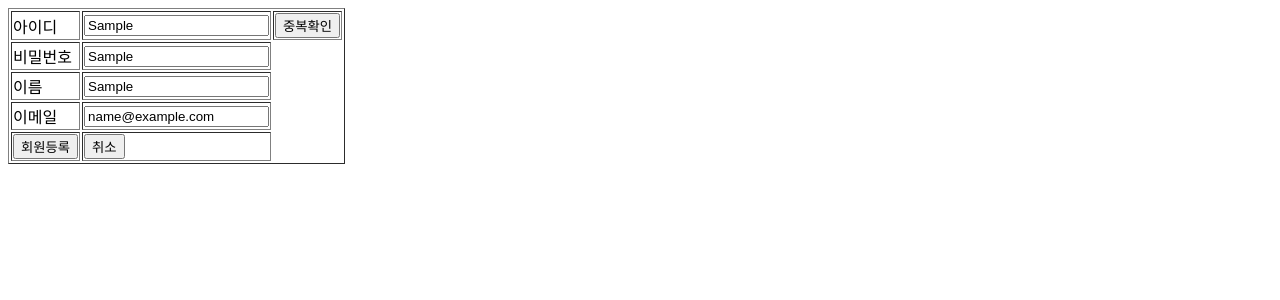
Repository: JungYOsup/Mini_project
Page: http://localhost/EsCape_Room/sign_up_form.jsp
The author's editor kept a copy of each file at every save. The page is drawn from the files as they stood at one save, then again after the next save.
The browser window is 1280 px wide. The pictures show the whole page.
Empty fields were first filled with sample values (such as "Sample", 5 or name@example.com).
After loading, the first visible `input[onclick="check(idchk.value)"]` was clicked once.
The page is served by Tomcat 9. Other server files are loaded and not shown. Queries for data that is not in the repository find no rows.

Above is the page before, as saved 2018-01-16 05:27:16.

### EsCape_Room/WebContent/sign_up_form.jsp
<!--- 페이지 디렉티브<%--  <%@page %> --%> : JSP페이지에 대한 설정 정보를 지정 -->
<!--인코딩은 UTF-8이고 , html이다.  -->
<!--이렇게 3가지를 구성해줘야지 한글이 안깨짐  -->
<%@ page language="java" contentType="text/html; charset=UTF-8" %>
<%request.setCharacterEncoding("utf-8"); %>
<%response.setContentType("text/html; charset=UTF-8"); %>

<!-- <!DOCTYPE html PUBLIC "-//W3C//DTD HTML 4.01 Transitional//EN" "http://www.w3.org/TR/html4/loose.dtd"> HTML4버전     -->
<!DOCTYPE html> <!--HTML5로 버전을 지정해줌 -->



<html>
<head>

<script type="text/javascript"
	src="http://code.jquery.com/jquery-latest.js"></script>

<script type="text/javascript">

	function check(id) {

		$.ajax({
			url: "AjaxController.do",
			data:"id="+id,
			type: "post",
			datatype:"json",
			success: function name(obj) {

				var dto = obj["dto"];

				if(dto==null){//데이터베이스에 아이디가 없을 경우


					$("span[id=sp]").text("");

				}else{

					$("span[id=sp]").text("이미존재하는 아이디입니다.");


				}


			}

		});


	}



</script>
<meta http-equiv="Content-Type" content="text/html; charset=UTF-8">
<title>Insert title here</title>
</head>
<body>
<form action="Controller.do" method="post">
<input type="hidden" name="command" value="signup">
<table border="1">
	<tr>

	<td>아이디</td>
	<td><input type="text" name="id" id="idchk" required="required"><span id="sp"></span></td>
	<td><input type="button" value="중복확인" onclick="check(idchk.value)"> </td>

 	</tr>
	<tr>

	<td>비밀번호</td>
	<td><input type="text" name="pw" ></td>
	</tr>
	<tr>

	<td>이름</td>
	<td><input type="text" name="name" ></td>
	</tr>
	<tr>

	<td>이메일</td>
	<td><input type="email" name="email" ></td>
	</tr>
	<tr>
		<td><input type="submit" value="회원등록"/></td>
		<td><input type="button" value="취소"> </td>

	</tr>

</table>
</form>
</body>
</html>

### EsCape_Room/src/min/edu/controller/AjaxController.java
package min.edu.controller;

import java.io.IOException;
import java.io.PrintWriter;
import java.util.HashMap;
import java.util.Map;

import javax.servlet.ServletException;
import javax.servlet.annotation.WebServlet;
import javax.servlet.http.HttpServlet;
import javax.servlet.http.HttpServletRequest;
import javax.servlet.http.HttpServletResponse;

import min.edu.dao.Dao;
import min.edu.dto.Dto;
import net.sf.json.JSONObject;

@WebServlet("/AjaxController.do")
public class AjaxController extends HttpServlet {
	private static final long serialVersionUID = 1L;

	protected void doGet(HttpServletRequest request, HttpServletResponse response) throws ServletException, IOException {
		response.getWriter().append("Served at: ").append(request.getContextPath());
		doPost(request, response);
	}

	protected void doPost(HttpServletRequest request, HttpServletResponse response) throws ServletException, IOException {

		request.setCharacterEncoding("utf-8");
		response.setContentType("text/json; charset=utf-8");



		Dao dao  = new Dao();
		Dto dto = null;
		String id = request.getParameter("id");

		dto=dao.selectdetail(id);

		Map<String, Dto> map = new HashMap<String,Dto>();

		map.put("dto", dto);

		JSONObject obj = JSONObject.fromObject(map); //여기서 중요한것은 dto에서 DATE형식은 JSON형태로 바꿀수가 없다. 따라서 쿼리에서 DATE타입을 TO_CHAR형태로 바꿔줘야한다.

		PrintWriter pw = response.getWriter();

		obj.write(pw);



	}

}

### EsCape_Room/src/min/edu/dao/sqlMapConfig.java
package min.edu.dao;

import java.io.IOException;
import java.io.Reader;

import org.apache.ibatis.io.Resources;
import org.apache.ibatis.session.SqlSessionFactory;
import org.apache.ibatis.session.SqlSessionFactoryBuilder;


public class sqlMapConfig {


	private SqlSessionFactory sqlSessionFactory;

	public SqlSessionFactory getSQLSessionFactory() {


		String resource = "min/edu/mybatis/Configuration.xml";


		try {
			Reader reader = Resources.getResourceAsReader(resource);

			sqlSessionFactory=new SqlSessionFactoryBuilder().build(reader);

			reader.close();
		} catch (IOException e) {
			e.printStackTrace();
		}

		return sqlSessionFactory;
	}
}

### EsCape_Room/src/min/edu/dao/Dao.java
package min.edu.dao;

import java.util.ArrayList;
import java.util.HashMap;
import java.util.List;
import java.util.Map;

import org.apache.ibatis.session.SqlSession;

import min.edu.dto.Dto;

public class Dao extends sqlMapConfig{

	private String namespace ="min.edu.room.";

	//1.전체정보가지고오기
	//전체정보는 파라미터로 던지는 값이 없고 , 결과값이 객체로 넘어 온다.

	public List<Dto> selectAll(){

		List<Dto> lists = new ArrayList<Dto>();
		SqlSession sqlSession = null;

		try {
			sqlSession = getSQLSessionFactory().openSession(true);
			lists= sqlSession.selectList(namespace+"selectAll");
		} catch (Exception e) {
			e.printStackTrace();
		}finally {
			sqlSession.close();
		}

		return lists;

	}

	//2.상세정보 가져오기

	public Dto selectdetail(String id) {

		Dto dto = null;
		Map<String, String> map = new HashMap<String,String>();
		map.put("id", id);
		SqlSession sqlSession =null;

		try {
			sqlSession = getSQLSessionFactory().openSession(true);
			dto = sqlSession.selectOne(namespace+"selectdetail", map); //우리가 json때문에 상세정보쿼리문에서 regdate를 to_char로 String형태로 바꿧기 때문에 , 자동으로 mapping을 하려면 dto에도 그
																	   //값을 받을수 있는 파라미터가 필요하다. 그게 dto에서 sregdate!!
		} catch (Exception e) {
			// TODO Auto-generated catch block
			e.printStackTrace();
		}finally {
			sqlSession.close();
		}


		return dto;
	}

	//3.로그인
	public Dto login(String id,String pw) {

		Dto dto = null;
		Map<String, String> map = new HashMap<String,String>();
		SqlSession sqlSession =null;

		map.put("id", id);
		map.put("pw", pw);

		try {
			sqlSession = getSQLSessionFactory().openSession(true);
			dto = sqlSession.selectOne(namespace+"login", map);

		} catch (Exception e) {
			e.printStackTrace();
		}finally {
			sqlSession.close();
		}


		return dto;
	}

	//4.회원가입하기
	//회원가입은 결과로써 성공했느냐 안했느냐만 파악하기위해 boolean으로 리턴값을받고
	//파라미터로 id,pw,name,email을 받겠다.
	public boolean signup(String id, String pw,String name, String email) {

		int count =0;
		SqlSession sqlSession = null;
		Map<String, String> map = new HashMap<String,String>();
		map.put("id", id);
		map.put("pw", pw);
		map.put("name", name);
		map.put("email", email);

		try {
			sqlSession =getSQLSessionFactory().openSession(true);
			count = sqlSession.insert(namespace+"signup", map);

		} catch (Exception e) {
			e.printStackTrace();
		}



		return count>0?true:false;


	}


}

### EsCape_Room/src/min/edu/dto/Dto.java
package min.edu.dto;

import java.sql.Date;


public class Dto {

	private int rank;
	private int seq;
	private String user_id;
	private String user_pw;
	private String user_name;
	private String email;
	private String user_record;
	private	Date regdate;
	private String grade;
	private String enabled;
	private String sregdate;

	//기본생성자를 무조건 써줘야한다, 안그러면 mapping이 안됨
	public Dto() {

	}

	public int getRank() {
		return rank;
	}

	public void setRank(int rank) {
		this.rank = rank;
	}

	public int getSeq() {
		return seq;
	}

	public void setSeq(int seq) {
		this.seq = seq;
	}

	public String getUser_id() {
		return user_id;
	}

	public void setUser_id(String user_id) {
		this.user_id = user_id;
	}

	public String getUser_pw() {
		return user_pw;
	}

	public void setUser_pw(String user_pw) {
		this.user_pw = user_pw;
	}

	public String getUser_name() {
		return user_name;
	}

	public void setUser_name(String user_name) {
		this.user_name = user_name;
	}

	public String getEmail() {
		return email;
	}

	public void setEmail(String email) {
		this.email = email;
	}

	public String getUser_record() {
		return user_record;
	}

	public void setUser_record(String user_record) {
		this.user_record = user_record;
	}

	public Date getRegdate() {
		return regdate;
	}

	public void setRegdate(Date regdate) {
		this.regdate = regdate;
	}

	public String getGrade() {
		return grade;
	}

	public void setGrade(String grade) {
		this.grade = grade;
	}

	public String getEnabled() {
		return enabled;
	}

	public void setEnabled(String enabled) {
		this.enabled = enabled;
	}

	public String getSregdate() {
		return sregdate;
	}

	public void setSregdate(String sregdate) {
		this.sregdate = sregdate;
	}

	@Override
	public String toString() {
		return "Dto [rank=" + rank + ", seq=" + seq + ", user_id=" + user_id + ", user_pw=" + user_pw + ", user_name="
				+ user_name + ", email=" + email + ", user_record=" + user_record + ", regdate=" + regdate + ", grade="
				+ grade + ", enabled=" + enabled + ", sregdate=" + sregdate + "]";
	}






}

After the next save:
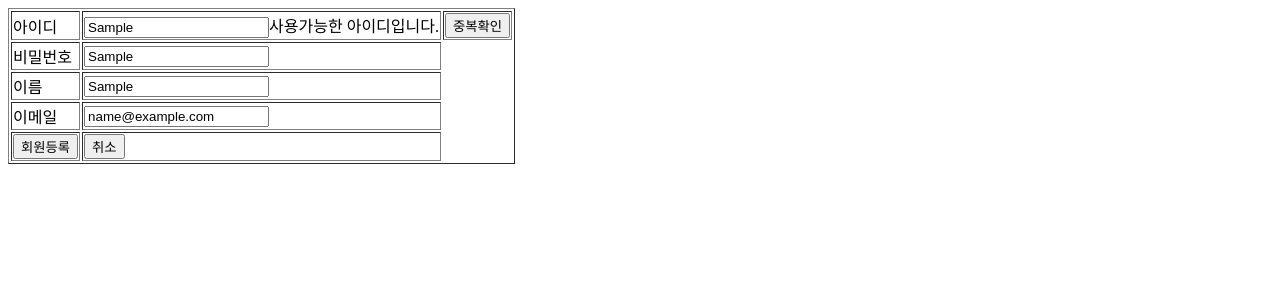
Saved 11 s later.
--- a/EsCape_Room/WebContent/sign_up_form.jsp
+++ b/EsCape_Room/WebContent/sign_up_form.jsp
@@ -32,7 +32,7 @@
 				if(dto==null){//데이터베이스에 아이디가 없을 경우
 
 
-					$("span[id=sp]").text("");
+					$("span[id=sp]").text("사용가능한 아이디입니다.");
 
 				}else{
 
